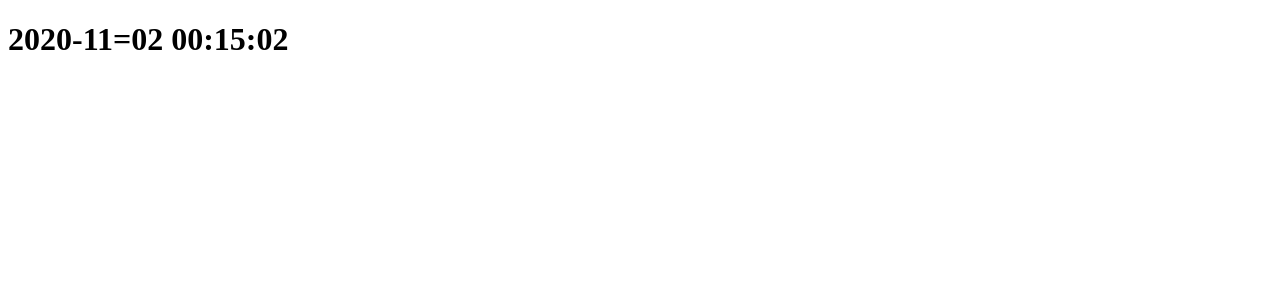
Repository: jjungee/DDIT-JSP
Page: http://localhost/JSP_JSTL/fmt/dateFormat.jsp
The author's editor kept a copy of each file at every save. The page is drawn from the files as they stood at one save, then again after the next save.
The browser window is 1280 px wide. The pictures show the whole page.
The page is served by Tomcat 9.

Above is the page before, as saved 2020-11-04 02:32:06.

### JSP_JSTL/WebContent/fmt/dateFormat.jsp
<%@ page import="java.util.Date" %>
<%@ page language="java" contentType="text/html; charset=UTF-8"
    pageEncoding="UTF-8"%>
<%@ page trimDirectiveWhitespaces="true"%>
<%@ taglib prefix="fmt" uri="http://java.sun.com/jsp/jstl/fmt" %>
<%@ taglib prefix="c" uri="http://java.sun.com/jsp/jstl/core" %>

<c:set var="today" value="<%=new Date() %>"/>

<!DOCTYPE html>
<html>
	<head>
		<meta charset="UTF-8">
		<title></title>
	</head>

	<body>
		<h1><fmt:formatDate value="${today }" pattern="yyyy-MM=dd HH:mm:dd"/> </h1> <!-- 대문자 D는 요일  HH는 24시간 형식 hh는 12시간 형식-->
	</body>
</html>

After the next save:
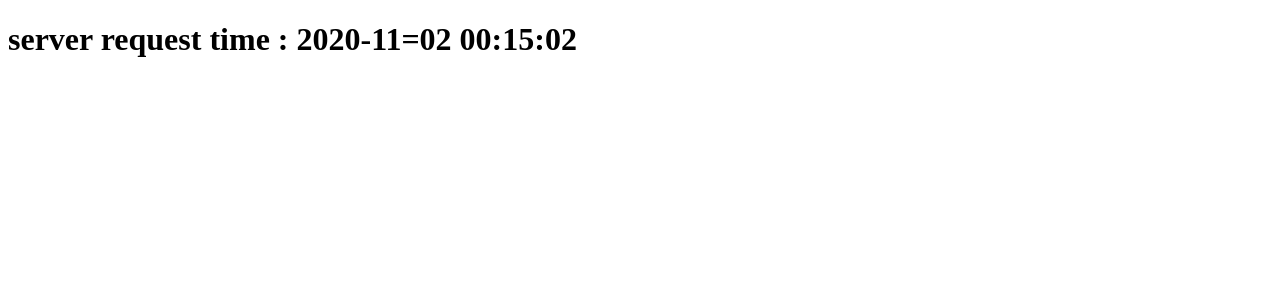
Saved 2 min 54 s later.
--- a/JSP_JSTL/WebContent/fmt/dateFormat.jsp
+++ b/JSP_JSTL/WebContent/fmt/dateFormat.jsp
@@ -15,6 +15,14 @@
 	</head>
 
 	<body>
-		<h1><fmt:formatDate value="${today }" pattern="yyyy-MM=dd HH:mm:dd"/> </h1> <!-- 대문자 D는 요일  HH는 24시간 형식 hh는 12시간 형식-->
+		<h1 id="time"></h1>
+		<h1>server request time : <fmt:formatDate value="${today }" pattern="yyyy-MM=dd HH:mm:dd"/></h1>
+
+<%-- 		<h1><fmt:formatDate value="${today }" pattern="yyyy-MM=dd HH:mm:dd"/> </h1> <!-- 대문자 D는 요일  HH는 24시간 형식 hh는 12시간 형식--> --%>
+		<script type="text/javascript">
+			var time = setInterval(function(){
+				var today=new Date();
+			}, 1000)
+		</script>
 	</body>
 </html>
